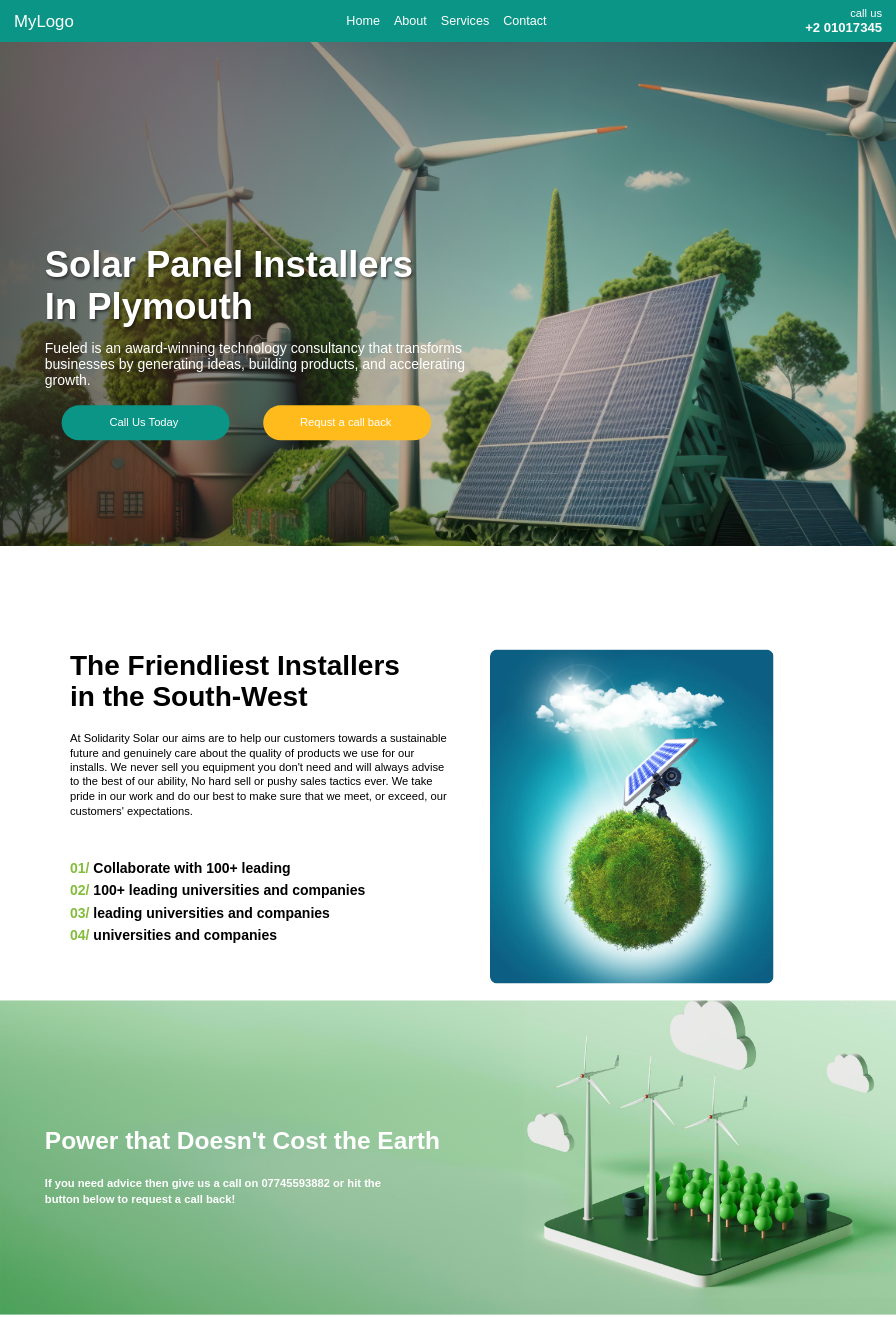
Repository: MaramNabil872/Landing-Page
Page: landingPage.html
An editor plug-in stored every save of this project. The page is shown before and after the next save, followed by the edit.
The browser window is 1280 px wide. The pictures show the whole page, at 70% of full size.

Above is the page before, as saved 2024-10-20 21:42:57.

### landingPage.html
<!DOCTYPE html>
<html lang="en">
    <head>
        <meta charset="UTF-8" />
        <meta name="viewport" content="width=device-width, initial-scale=1.0" />
        <title>Landing Page</title>
        <link rel="stylesheet" href="landingPage.css" />
    </head>
    <body>
        <nav class="navbar">
            <div class="logo">MyLogo</div>

            <ul class="nav-links">
                <li><a href="#home">Home</a></li>
                <li><a href="#about">About</a></li>
                <li><a href="#services">Services</a></li>
                <li><a href="#contact">Contact</a></li>
            </ul>
            <div class="call">
                <p>call us</p>
                <h3>+2 01017345</h3>
            </div>
        </nav>

        <div class="image-container">
            <img
                src="images/solar-panels-meadow 1.png"
                alt="Background Image"
                class="background-image"
            />
            <div class="main-text">
                <h2 class="text-wallpaper">
                    Solar Panel Installers <br />
                    In Plymouth
                </h2>
                <br />
                <p class="text-paragraph">
                    Fueled is an award-winning technology consultancy that
                    transforms <br />
                    businesses by generating ideas, building products, and
                    accelerating<br />
                    growth.
                </p>
                <div class="button-container">
                    <button class="button-wallpaper1">Call Us Today</button>
                    <button class="button-wallpaper2">
                        Requst a call back
                    </button>
                </div>
            </div>
        </div>

        <!-- first container -->

        <div class="container1">
            <div class="text-container1">
                <p class="title-container1">
                    The Friendliest Installers <br />in the South-West
                </p>
                <p class="paragraph-container1">
                    At Solidarity Solar our aims are to help our customers
                    towards a sustainable future and genuinely care about the
                    quality of products we use for our installs. We never sell
                    you equipment you don't need and will always advise to the
                    best of our ability, No hard sell or pushy sales tactics
                    ever. We take pride in our work and do our best to make sure
                    that we meet, or exceed, our customers' expectations.
                </p>
                <div class="last-container1">
                    <p>
                        <span class="number-container1">01/ </span>Collaborate
                        with 100+ leading
                    </p>
                    <p>
                        <span class="number-container1">02/ </span> 100+ leading
                        universities and companies
                    </p>
                    <p>
                        <span class="number-container1">03/ </span> leading
                        universities and companies
                    </p>
                    <p>
                        <span class="number-container1">04/ </span> universities
                        and companies
                    </p>
                </div>
            </div>
            <div class="image-container1">
                <img src="images/Rectangle 30.png" alt="solar" />
            </div>
        </div>

        <!-- second section -->

        <div class="section2">
            <img src="images/middle.png" alt="img">
            <div class="main-text">
                <h2 class="section2-text">Power that Doesn't Cost the Earth</h2>
              <h6 class="section2-paragraph">If you need advice then give us a call on 07745593882 or hit the <br> button below to request a call back!</h6>
            </div>
        </div>
    </body>
</html>

### landingPage.css
* {
    margin: 0;
    padding: 0;
    box-sizing: border-box; /* Added for consistent sizing */
}

body {
    font-family: Arial, sans-serif;
}
@media (max-width: 480px) {
    .text-overlay {
        font-size: 1.2rem; /* Even smaller text size for very small screens */
    }

    .call h3 {
        font-size: 1.2rem; /* Adjust call size for small screens */
    }
}

.navbar {
    background-color: #0b9586;
    display: flex;
    justify-content: space-between;
    align-items: center;
    padding: 10px 20px;
    position: relative;
    flex-wrap: wrap; /* Allow items to wrap on smaller screens */
}

.logo {
    color: #fff;
    font-size: 24px;
}

.nav-links {
    list-style: none;
    display: flex;
    flex-wrap: wrap; /* Allow links to wrap on smaller screens */
}

.nav-links li {
    margin-left: 20px;
}

.nav-links a {
    text-decoration: none;
    color: white;
    font-size: 18px;
    transition: color 0.3s;
}

.nav-links a:hover {
    color: #f0a500;
}

.call {
    color: #fff;
    text-align: right; /* Align text to the right */
}

.image-container {
    position: relative;
    width: 100%;
    height: 100vh;
    overflow: hidden;
}

.background-image {
    width: 100%;
    height: 100%;
    object-fit: cover;
}
.main-text{
    position: absolute;
    top: 40%;
    left:5%;
}
.text-wallpaper {


    color: white;
    font-size: 52px;
    font-weight: bold;
    text-shadow: 2px 2px 4px rgba(0, 0, 0, 0.5);
}
.text-paragraph{
    color: white;
    font-size:  20px;

}
.button-container{
    display: flex;
}
.button-wallpaper1 {
    background-color: #0b9586;
    color: white;
    border: none;
    border-radius: 20em;
    padding: 0.8em 1.5em 0.8em 1.2em;
    width: 40%;
    margin: 4%;
    height: 50px;
    font-size: 16px;
    cursor: pointer;
    align-items: center;

}
.button-wallpaper2 {
    background-color:  #FFBB1C;
    ;
    color: white;
    border: none;
    border-radius: 20em;
    padding: 0.8em 1.5em 0.8em 1.2em;
    width: 40%;
    margin: 4%;
    height: 50px;
    font-size: 16px;
    cursor: pointer;
    align-items: center;

}

.container1 {
    display: flex;
    background-color: white;
    padding-top: 10%;
    border-radius: 8px;
    max-width: 1200px;
    margin: 20px auto;


}
.title-container1{
    font-size: 40px;
    font-weight: bold;


}
.text-container1 {
   flex:1;
    padding-right:5%;
padding-left: 5%;}
.paragraph-container1{
    margin-top: 5%;
    line-height: 1.3;
}

.last-container1{
    font-size: 20px;
    font-weight: bold;
    padding-top: 10%;
    line-height: 1.6;
    .number-container1{
        color:#84BD3A;
        ;
    }
}
.image-container1 {
   flex:1
}

.image-container1 img {
    width: 75%;
    height: auto;
    border-radius: 8px;
}


.section2 {
    position: relative;
    width: 100%;
    overflow: hidden;
}

.section2 img {
    width: 100%;
    height: auto; }

.section2-text {
font-size: 35px;
    color: white;

}
.section2-paragraph{
    padding-top: 5%;
    line-height: 1.5;

    font-size: 16px;
    color: white;
}
/* Media Queries for Responsiveness */
@media (max-width: 768px) {
    .navbar {
        flex-direction: column; /* Stack items vertically */
        align-items: flex-start; /* Align items to the left */
    }

    .nav-links {
        margin-top: 10px; /* Space between navbar and links */
    }

    .nav-links li {
        margin-left: 0;
        margin-bottom: 10px; /* Space between links */
    }

    .text-overlay {
        font-size: 1.5rem; /* Smaller text size for mobile */
    }
}

After the next save:
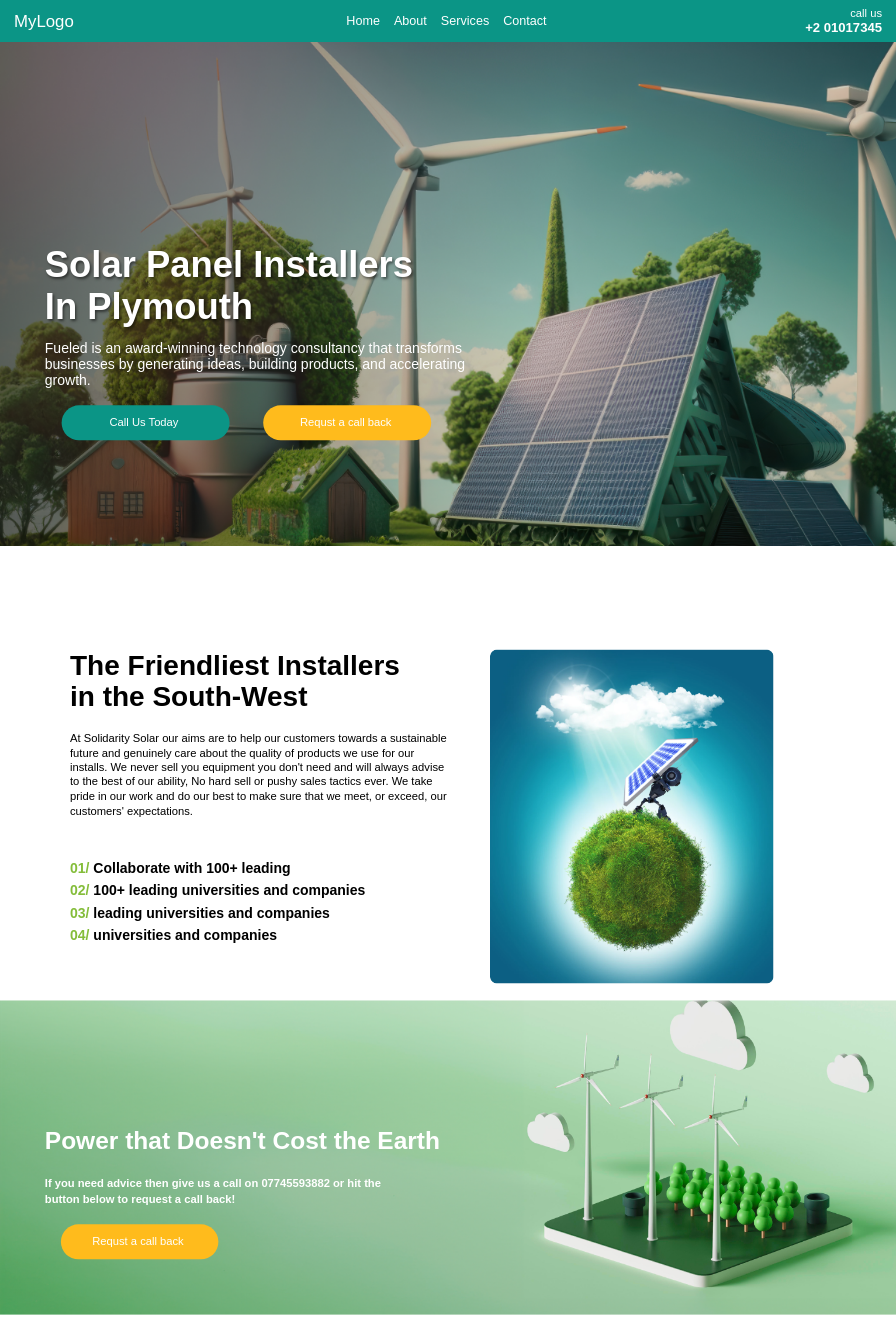
Saved 32 s later.
--- a/landingPage.html
+++ b/landingPage.html
@@ -97,6 +97,9 @@
             <div class="main-text">
                 <h2 class="section2-text">Power that Doesn't Cost the Earth</h2>
               <h6 class="section2-paragraph">If you need advice then give us a call on 07745593882 or hit the <br> button below to request a call back!</h6>
+              <button class="button-wallpaper2">
+                Requst a call back
+            </button>
             </div>
         </div>
     </body>
